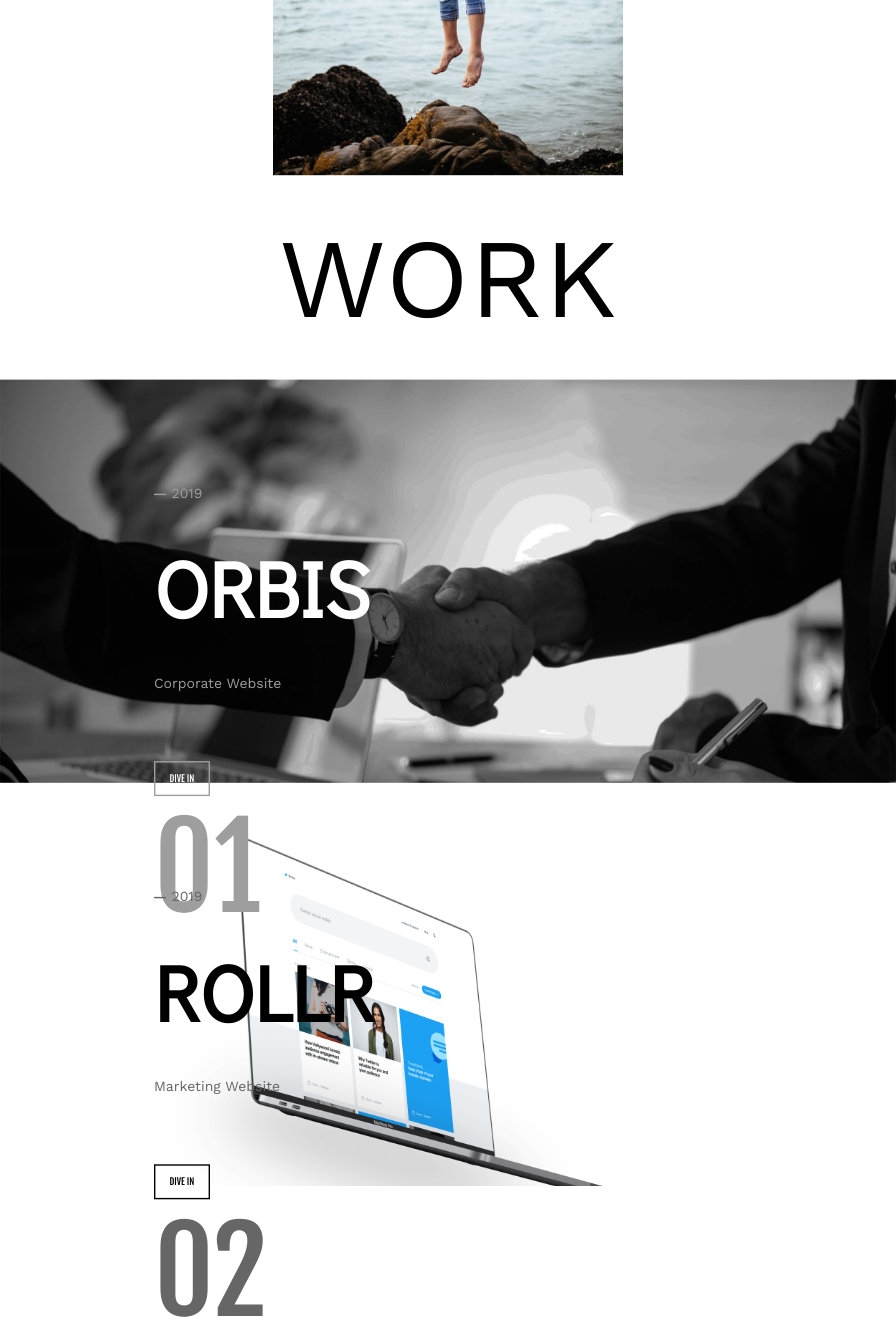
Repository: m0lt/DigitalDesigner
Page: index.html
An editor plug-in stored every save of this project. The page is shown before and after the next save, followed by the edit.
The browser window is 1280 px wide. The pictures show the part of the page from y = 866 to 2786 px (the page is 2786 px tall), at 70% of full size.
Backgrounds fixed to the window are drawn as part of the page.

Above is the page before, as saved 2025-07-08 11:25:36.

After the next save:
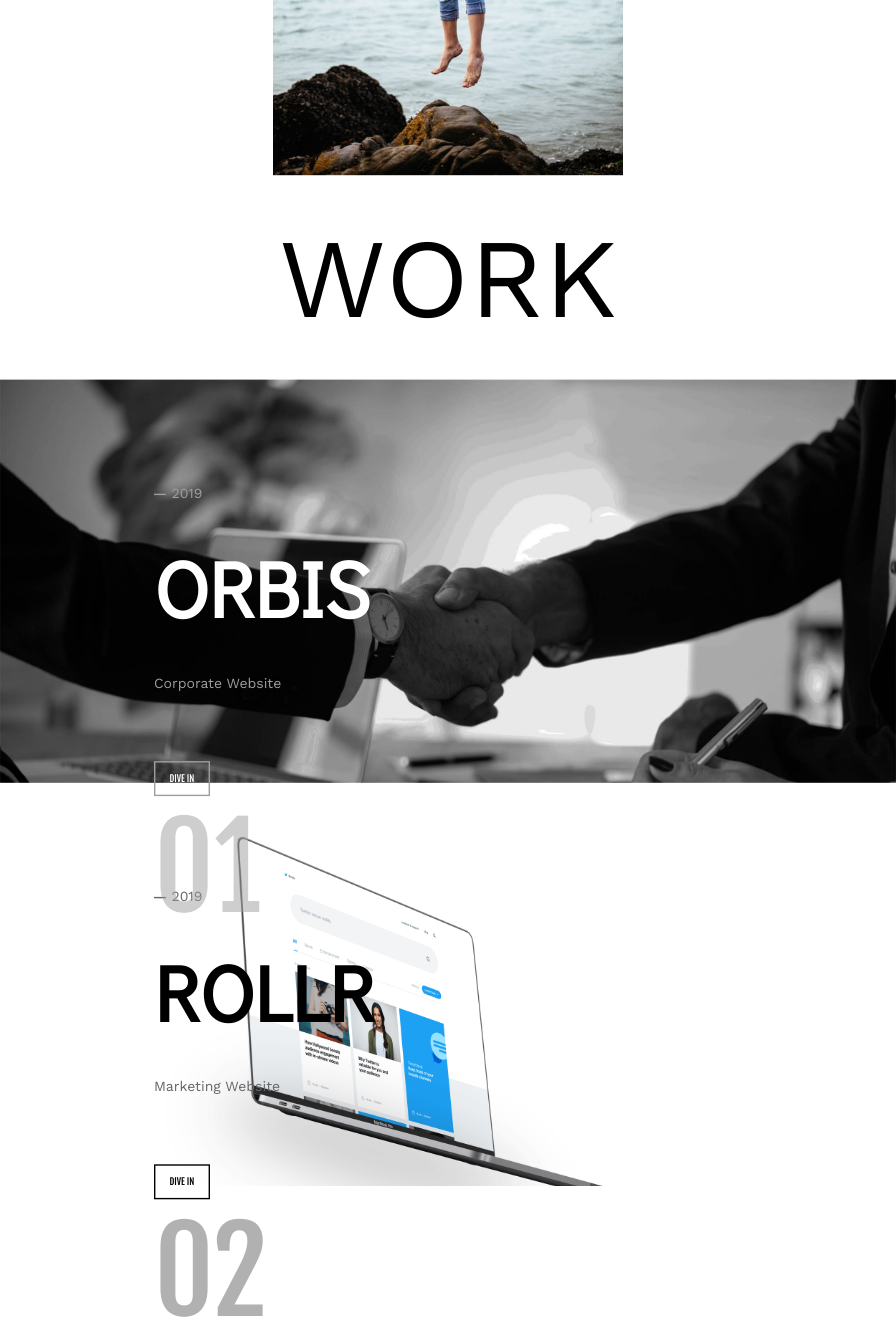
Saved 6 s later.
--- a/assets/css/styles.css
+++ b/assets/css/styles.css
@@ -78,7 +78,7 @@ button {
 
 p.number {
   font-size: 165px;
-  /* opacity: 50%; */
+  opacity: 50%;
   font-family: "Fjalla One";
 }
 
